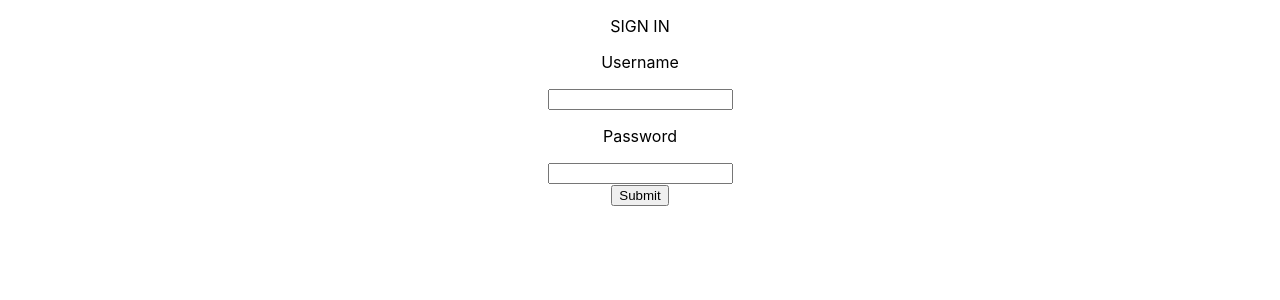
Repository: PreetiToppo/networking
Page: /
The author's editor kept a copy of each file at every save. The page is drawn from the files as they stood at one save, then again after the next save.
The browser window is 1280 px wide. The pictures show the whole page.
The project was rebuilt for these pictures with package versions that can differ from the ones it lists, and the page was loaded fresh each time. Also part of the build but not shown: src/App.css.

Above is the page before, as saved 2023-01-21 19:36:06.

After the next save:
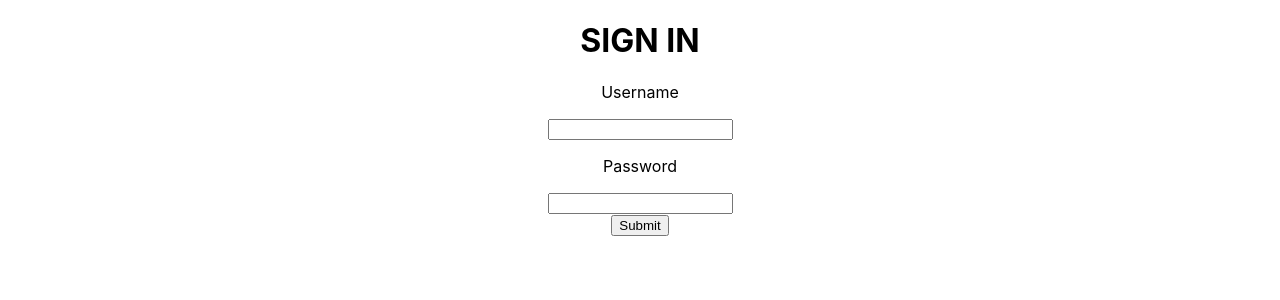
Saved 31 s later.
--- a/src/App.js
+++ b/src/App.js
@@ -20,7 +20,7 @@ const submitHandler = e => {
   return (
     <div>
       <center>
-      <p>SIGN IN</p>
+      <h1>SIGN IN</h1>
       <form onSubmit={submitHandler}>
       <div className="name">
       <p>Username</p>
@@ -30,7 +30,7 @@ const submitHandler = e => {
       <p>Password</p>
       <input type="password" name="password" value={password} onChange={changeHandler}/><br/>
       </div>
-      <input type="submit" name="submit"/>
+      <input className="button" type="submit" name="submit"/>
       </form>
       </center>
     </div>
